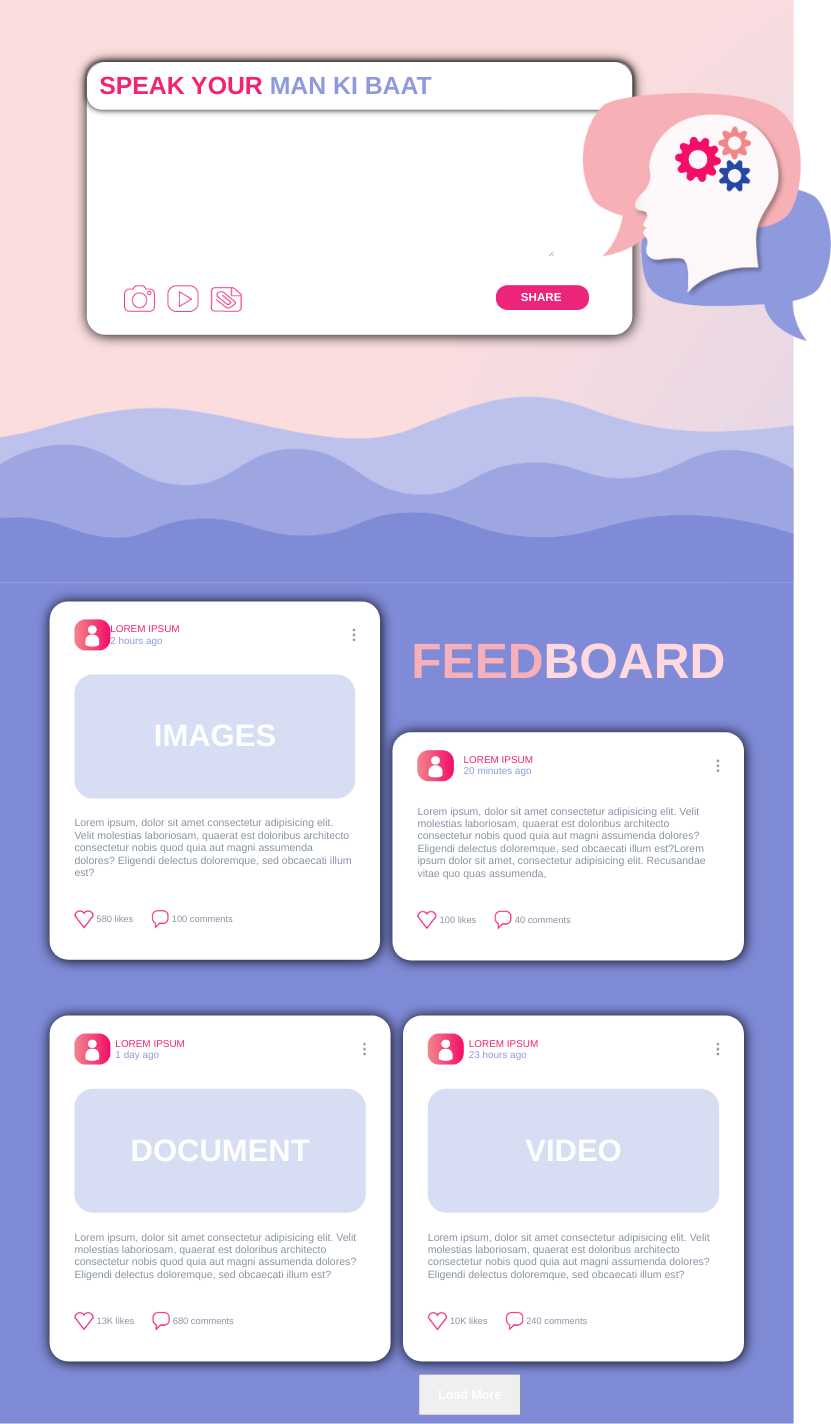
Repository: hemantsaini-7/FeedBoardMKB
Page: /
The author's editor kept a copy of each file at every save. The page is drawn from the files as they stood at one save, then again after the next save.
The browser window is 1280 px wide. The page is 1340 px wide, so the pictures cover 1340 px, including what lies to the right of the window. The pictures show the whole page, at 62% of full size.
The project was rebuilt for these pictures with package versions that can differ from the ones it lists, and the page was loaded fresh each time.

Above is the page before, as saved 2020-07-30 20:16:17.

After the next save:
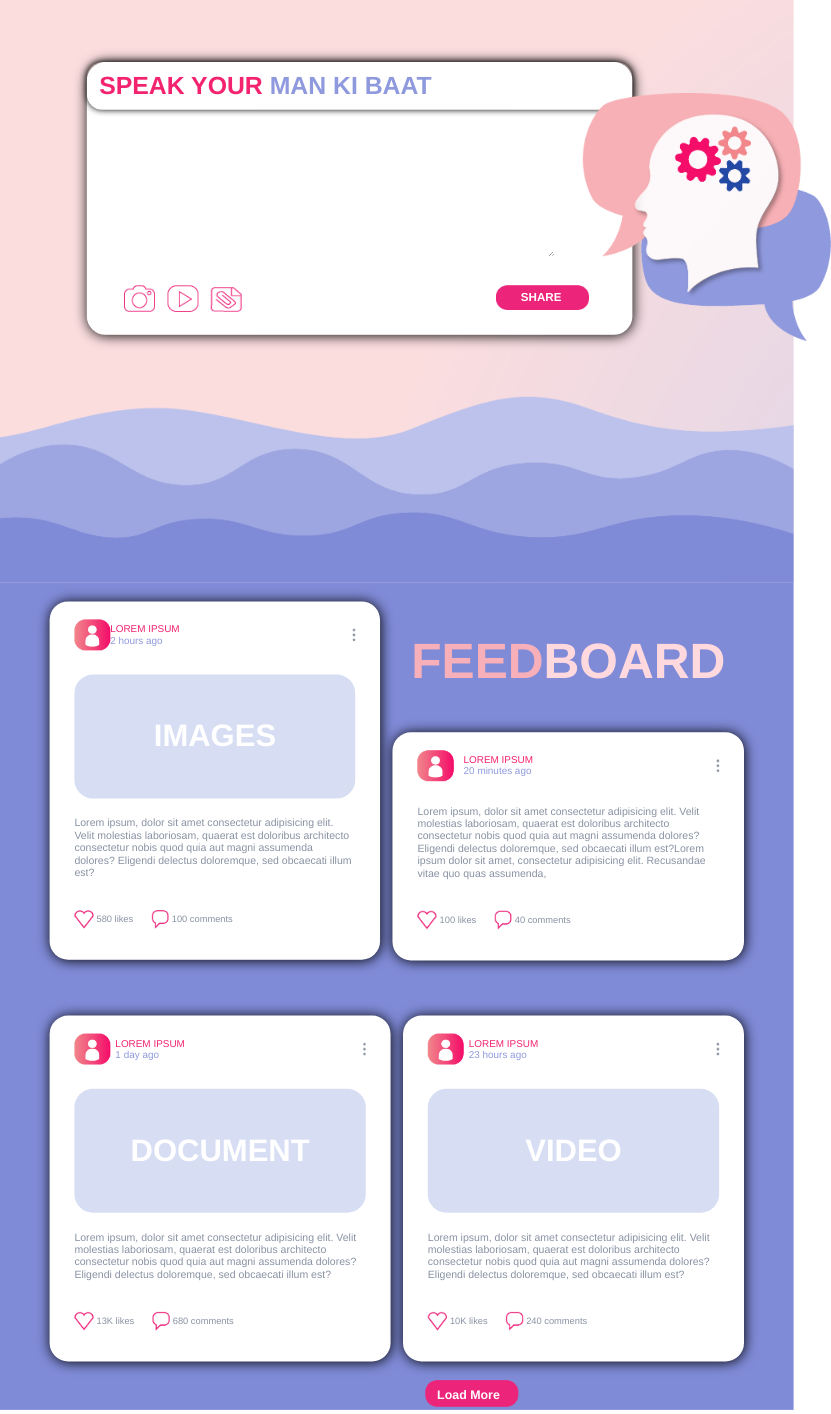
Saved 60 s later.
--- a/src/components/Bottom.js
+++ b/src/components/Bottom.js
@@ -22,9 +22,9 @@ function Bottom() {
         </div>
         <div className='bottom-btn'>
           <img src={buttonIcon} className='btnimg' alt='' />
-          <button href='#' className='btn-bottom'>
+          <a href='#' className='btn-bottom'>
             Load More
-          </button>
+          </a>
         </div>
       </div>
       <Footer />
